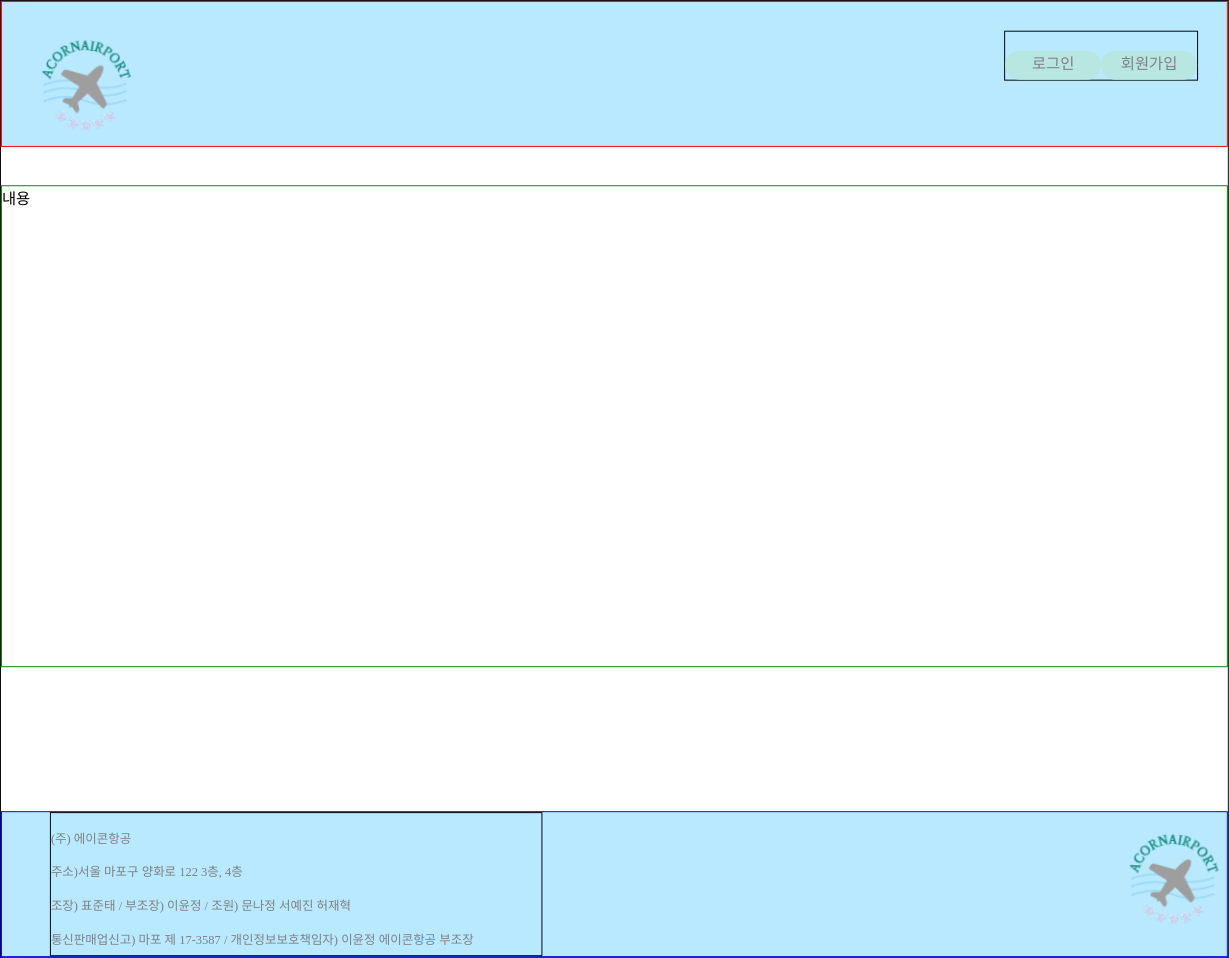
Repository: juntae710/Acorn_AirlineReservation_Project
Page: http://localhost/prj3_1/WEB-INF/views/h_index.jsp
The author's editor kept a copy of each file at every save. The page is drawn from the files as they stood at one save, then again after the next save.
The browser window is 1280 px wide. The pictures show the whole page, at 96% of full size.
The page is served by Tomcat 9. Nobody is signed in. The template is opened directly, without the code that normally fills it, so the values that code supplies are empty.

Above is the page before, as saved 2023-09-20 02:21:48.

After the next save:
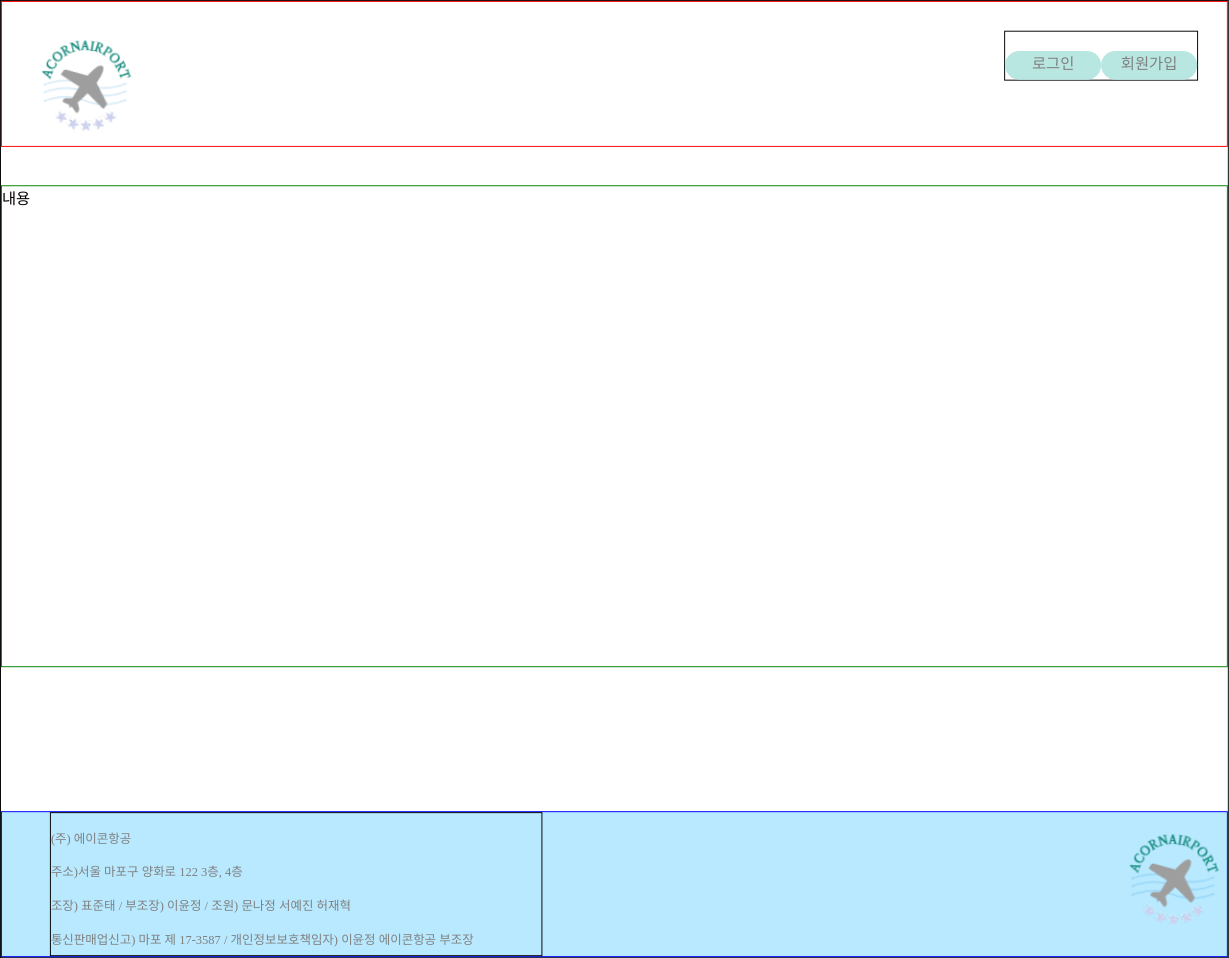
Saved 67 s later.
--- a/Eclipse/prj3_1/src/main/webapp/WEB-INF/views/h_index.jsp
+++ b/Eclipse/prj3_1/src/main/webapp/WEB-INF/views/h_index.jsp
@@ -16,7 +16,7 @@
 
 header {
 	border: 1px solid red;
-	background-color:#B8E9FF;
+	background-color:white;
 	height: 150px;
 	display: flex;
 	position: relative;

After the 2 saves that followed:
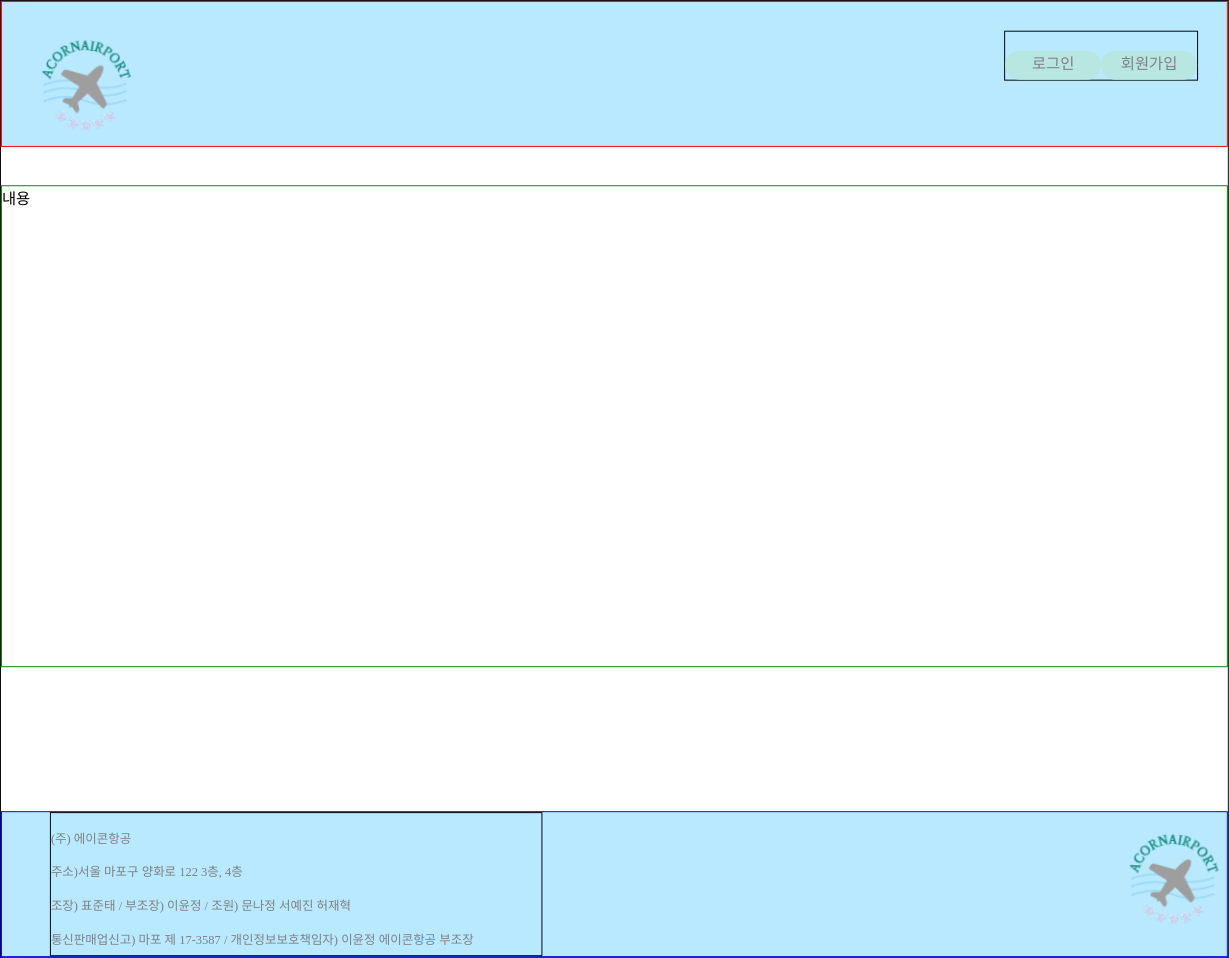
The 2 saves are shown as one change because 1 left the picture as it was.
The last was saved 2 min 24 s later.
--- a/Eclipse/prj3_1/src/main/webapp/WEB-INF/views/h_index.jsp
+++ b/Eclipse/prj3_1/src/main/webapp/WEB-INF/views/h_index.jsp
@@ -16,7 +16,7 @@
 
 header {
 	border: 1px solid red;
-	background-color:white;
+	background-color: #B8E9FF;
 	height: 150px;
 	display: flex;
 	position: relative;
@@ -53,7 +53,7 @@
 	margin-top: 150px;
 	margin-bottom: 0px;
 	display: flex;
-	background-color: #B8E9FF
+	background-color: #B8E9FF ;
 }
 a{
 	color: gray;
